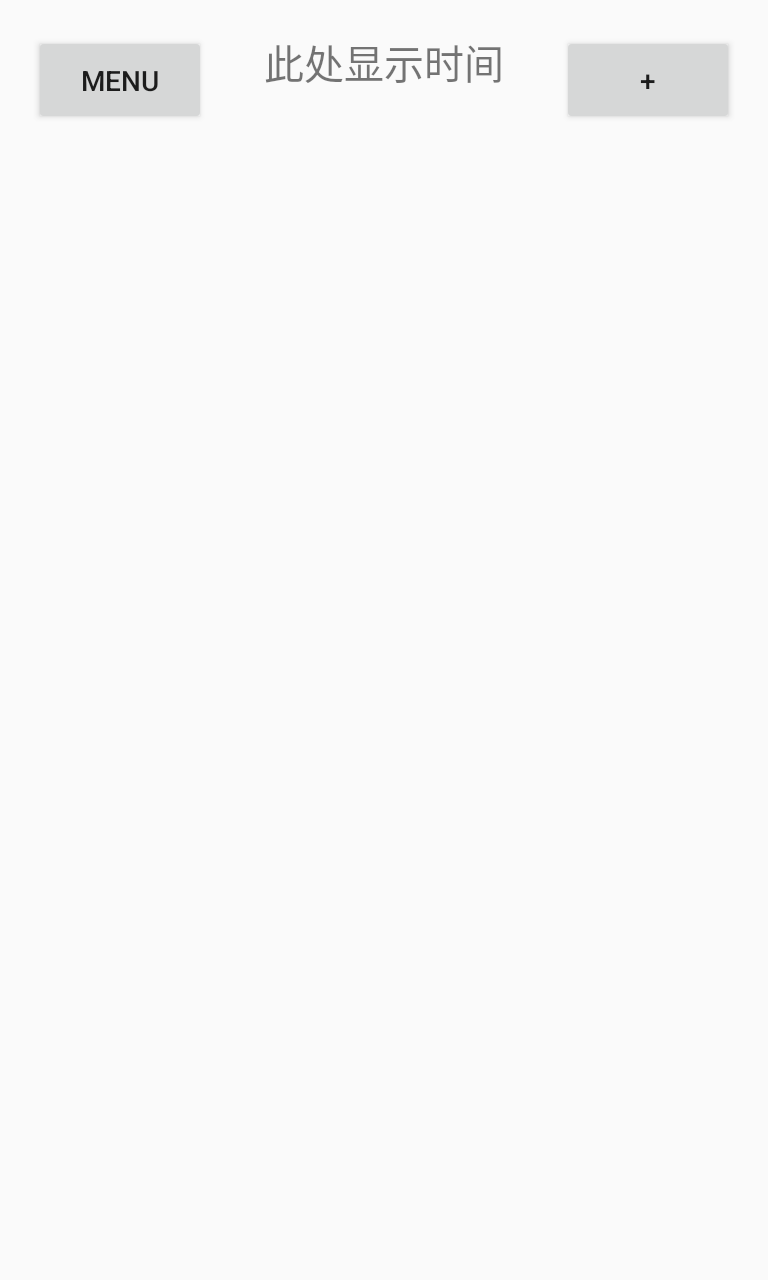
Repository: sh-zh-en/NBTodo
Layout: nbtodo/NBTodo/res/layout/activity_nbtodo_main.xml
The author's editor kept a copy of each file at every save. The layout is drawn from the files as they stood at one save, then again after the next save.
It is drawn on a 768 x 1280 px phone screen (xhdpi) without system bars, with theme AppTheme; the app's code is not run.

Above is the layout before, as saved 2015-03-05 09:14:14.

After the next save:
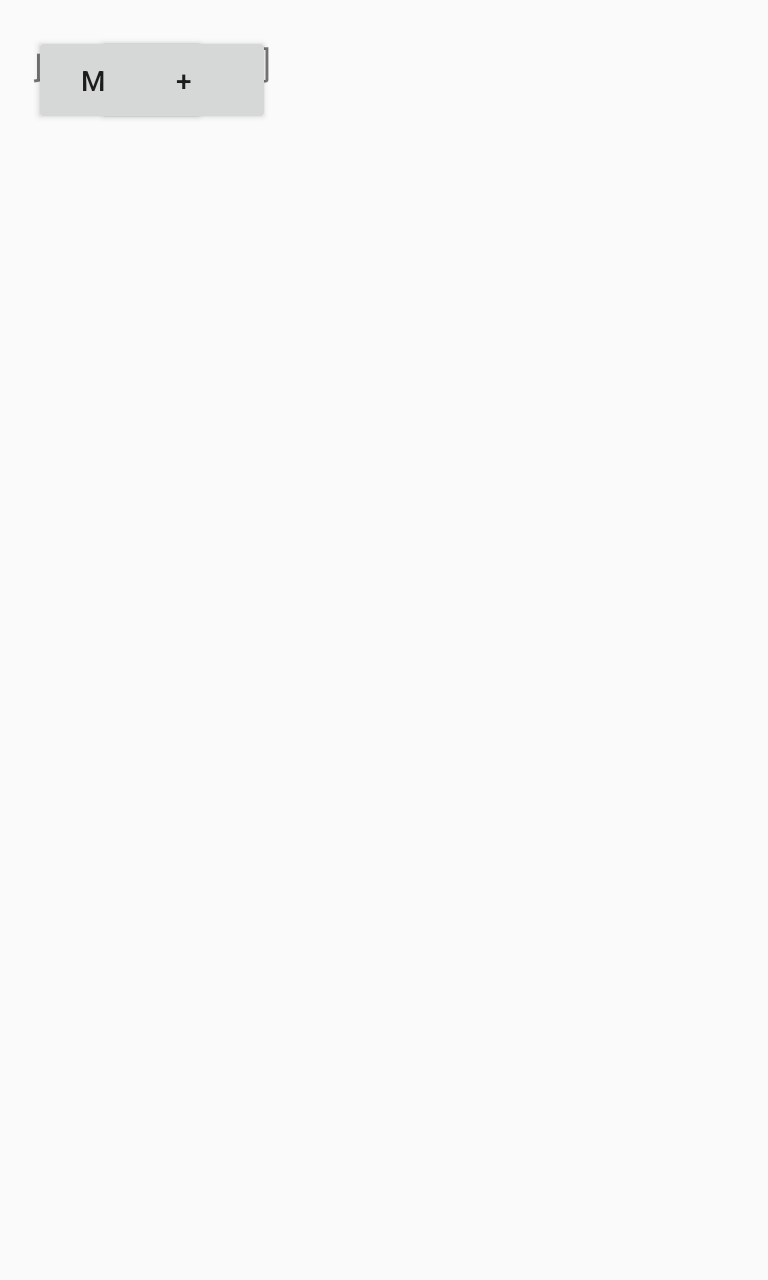
Saved 8 s later.
--- a/nbtodo/NBTodo/res/layout/activity_nbtodo_main.xml
+++ b/nbtodo/NBTodo/res/layout/activity_nbtodo_main.xml
@@ -8,7 +8,7 @@
     android:paddingTop="@dimen/activity_vertical_margin"
     tools:context="com.nba.nbtodo.NBTodoMainActivity" >
     <FrameLayout
-        android:layout_width="fill_parent"
+        android:layout_width="wrap_content"
         android:layout_height="wrap_content"
         android:layout_gravity="bottom"
 		android:weightSum="2"
